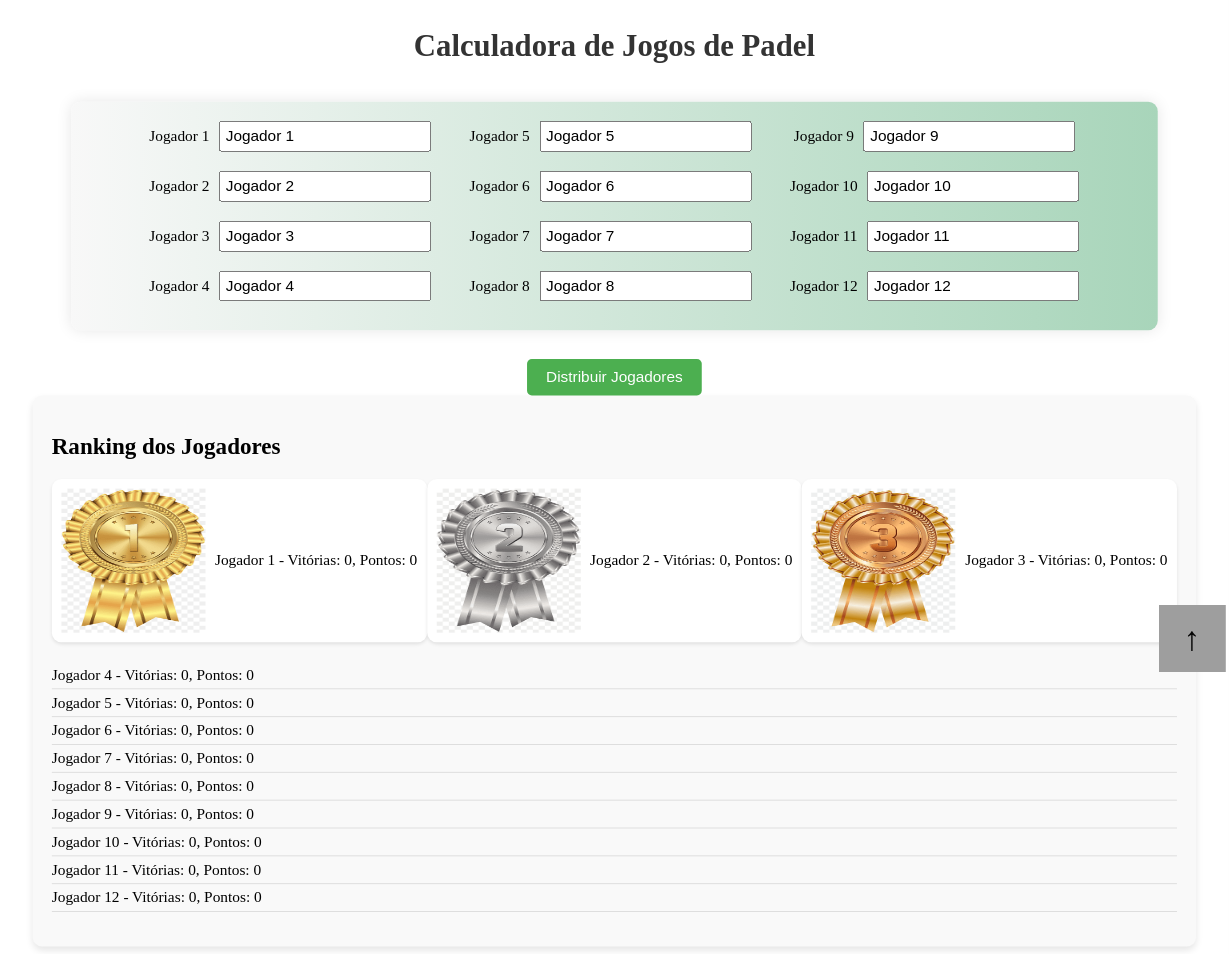
Repository: MarcioMiguel22/PadelMaster
Page: /calculadora
The author's editor kept a copy of each file at every save. The page is drawn from the files as they stood at one save, then again after the next save.
The browser window is 1280 px wide. The pictures show the whole page, at 96% of full size.
Pictures or frames that could not be fetched are drawn as grey boxes. The project was rebuilt for these pictures with package versions that can differ from the ones it lists, and the page was loaded fresh each time. Also part of the build but not shown: vite.config.ts, src/pages/Home/Home.tsx, src/components/components_calculadora/Campo.tsx, src/components/components_calculadora/Jogo.tsx, src/index.css.

Above is the page before, as saved 2024-06-14 15:28:04.

After the next save:
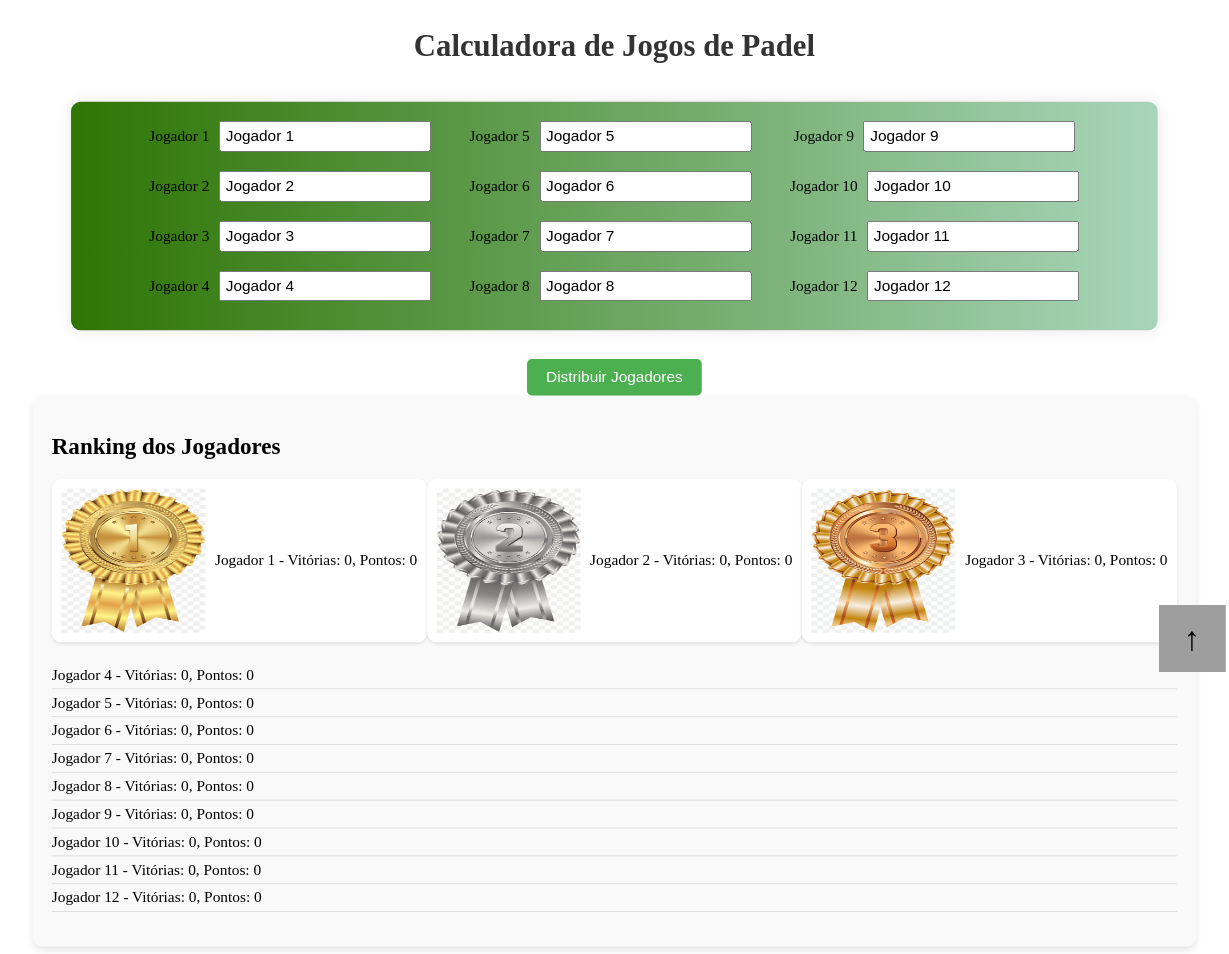
Saved 5 s later.
--- a/src/pages/Calculadora/Calculadora.css
+++ b/src/pages/Calculadora/Calculadora.css
@@ -13,7 +13,7 @@
 }
 
 .jogadores-lista {
-  background: linear-gradient(to right, #f8f8f8, #a8d5ba);
+  background: linear-gradient(to right, #2e7504, #a8d5ba);
   display: flex;
   flex-direction: row;
   justify-content: center;
